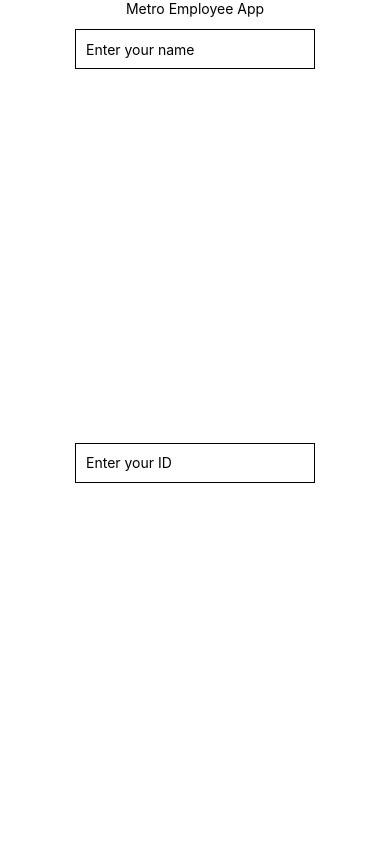
Repository: VishnuJG/Metro-Employee-App
Screen: /
The author's editor kept a copy of each file at every save. The screen is drawn from the files as they stood at one save, then again after a run of saves.
The app was drawn by React Native's web renderer in a window 390 px wide. The project was rebuilt for these pictures with package versions that can differ from the ones it lists, and the page was loaded fresh each time. Some packages were replaced by stand-ins written for this rebuild.

Above is the screen before, as saved 2022-06-28 12:37:40.

### App.js
import { StatusBar } from 'expo-status-bar';
import React, { useState } from "react";
import { StyleSheet, Text, View, TextInput} from 'react-native';
import { useDimensions } from '@react-native-community/hooks';


export default function App() {

  // const {lanscape}=useDimensions();
  const [emp, onEmpUpdate] = useState([{ id: 0, name: " Vishnu J G" }]);
  const [name, onChangeName] = useState("");
  const [number, onChangeNumber] = useState(null);
  return (
    <View style={styles.container}>
      <Text>Metro Employee App</Text>
      <TextInput
        style={styles.input}
        onChangeText={onChangeName}
        placeholder="Enter your name"
        value={name}
      />
      <View style={styles.inputForm}>
        {/* <Text>Enter ID</Text> */}
        <TextInput
          style={styles.input}
          onChangeText={onChangeNumber}
          value={number}
          placeholder="Enter your ID"
          keyboardType="numeric"
        />
      </View>
    </View>
  );
}

const styles = StyleSheet.create({
  container: {
    flex: 1,
    backgroundColor: '#fff',
    alignItems: 'center',
    justifyContent: 'center',
    // topPadding:lanscape?20:0,
  },
  input: {
    height: 40,
    margin: 12,
    borderWidth: 1,
    padding: 10,
  },
  inputForm:{
    flex : 1,
    flexDirection: 'row',
    alignItems: 'center',
    justifyContent: 'center',
  }
});

After the next 3 saves:
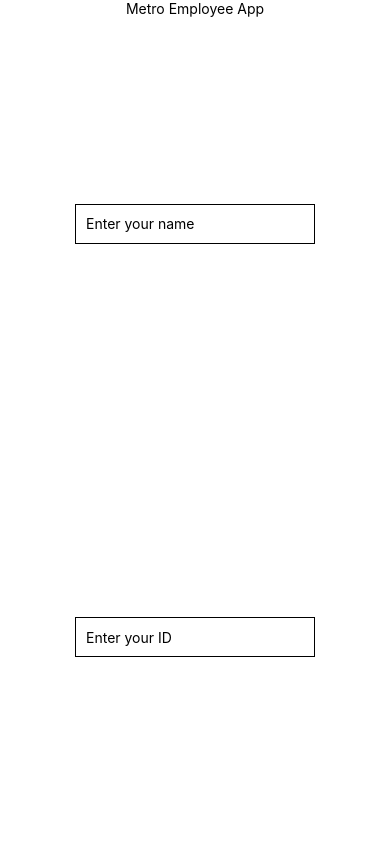
The 3 saves are shown as one change because they came seconds apart.
The last was saved 26 s later.
--- a/App.js
+++ b/App.js
@@ -13,12 +13,14 @@ export default function App() {
   return (
     <View style={styles.container}>
       <Text>Metro Employee App</Text>
+      <View style={styles.inputForm}>
       <TextInput
         style={styles.input}
         onChangeText={onChangeName}
         placeholder="Enter your name"
         value={name}
       />
+      </View>
       <View style={styles.inputForm}>
         {/* <Text>Enter ID</Text> */}
         <TextInput
